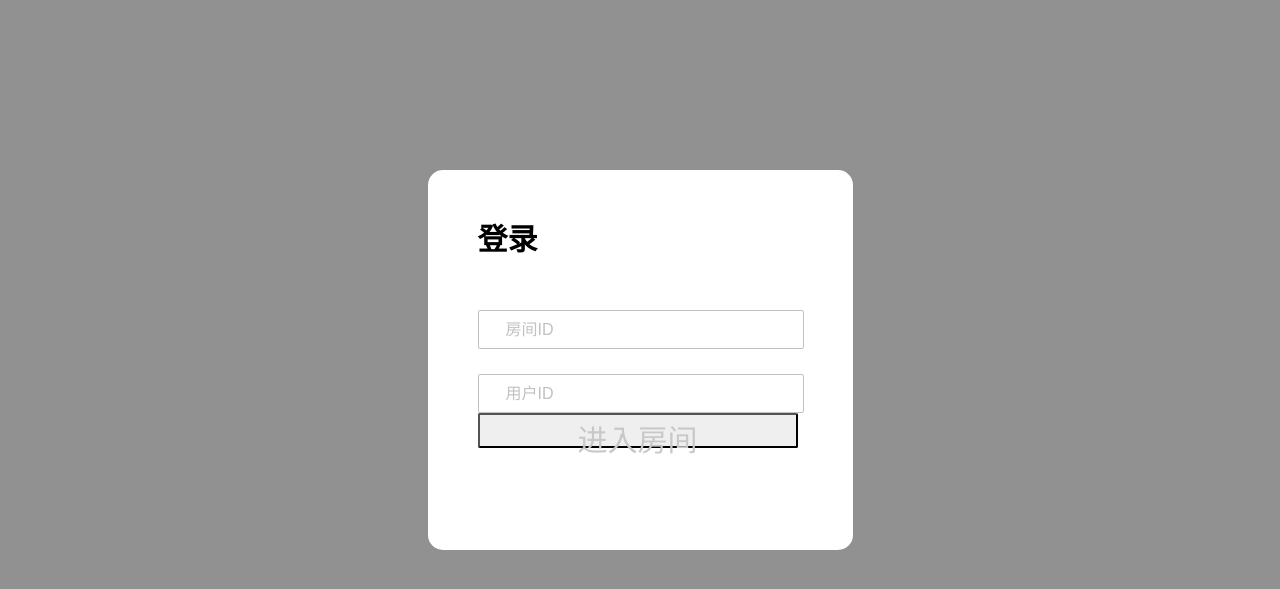
Repository: sjtu-course/homework
Page: GongZening/Week2/Web/LoginPage.html
An editor plug-in stored every save of this project. The page is shown before and after the next save, followed by the edit.
The browser window is 1280 px wide. The pictures show the whole page.

Above is the page before, as saved 2020-11-07 17:18:48.

### GongZening/Week2/Web/LoginPage.html
<!DOCTYPE html>
<html>
    <head>
        <meta charset="utf-8">
        <title>LoginPage</title>
        <style>
            input::-webkit-input-placeholder{
                color:#c1c1c1;
                font-size: 16px;
                padding-left: 25px;
            }
        </style>
        <link rel="stylesheet" type="text/css" href="css/Round_Rect.css" />
        <link rel="stylesheet" type="text/css" href="css/Login.css" />
        <link rel="stylesheet" type="text/css" href="css/Edit_Text.css" />
        <link rel="stylesheet" type="text/css" href="css/Button.css" />
    </head>

    <body style="background-color: #919191;">
        <div id="round_rect">
            <h1 id="login">登录</h1>
            <input type="text" class="edit_text" placeholder="房间ID" style="margin-top: 45px;">
            <input type="text" class="edit_text" placeholder="用户ID" style="margin-top: 25px;">
            <button class="button">进入房间</button>
        </div>
    </body>
</html>

### GongZening/Week2/Web/css/Round_Rect.css
@charset "utf-8";
#round_rect{
	width: 425px;
	height: 380px;
	background-color: white;
	/* 圆角大小 */
	border-radius: 15px;
	/* 位置居中 */
	position: absolute;
	margin: auto;
	top: 0;
	right: 0;
	left: 0;
	bottom: 0;
}

### GongZening/Week2/Web/css/Login.css
@charset "utf-8";
#login{
    font-size: 30px;
    color: black;
    margin-top: 45px;
    margin-left: 50px;
    height: 30px;
}

### GongZening/Week2/Web/css/Edit_Text.css
@charset "utf-8";
.edit_text{
    width: 320px;
    height: 35px;
    margin-left: 50px;
    border-radius: 2px;
    border:1px solid #c1c1c1;
    font-size: 16px;
}

### GongZening/Week2/Web/css/Button.css
@charset "utf-8";
.button{
    width: 320px;
    height: 35px;
    margin-left: 50px;
    border-radius: 2px;
    color: #c8c8c8;
    /* border:1px solid #c1c1c1; */
    font-size: 30px;
}

After the next save:
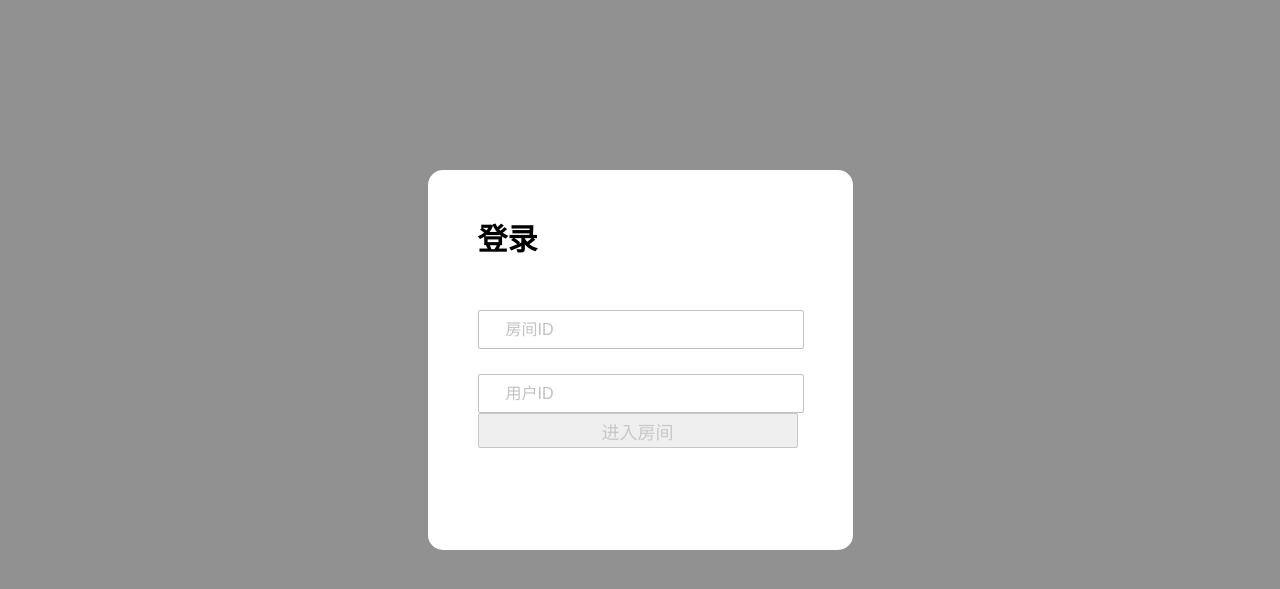
Saved 50 s later.
--- a/GongZening/Week2/Web/css/Button.css
+++ b/GongZening/Week2/Web/css/Button.css
@@ -5,6 +5,6 @@
     margin-left: 50px;
     border-radius: 2px;
     color: #c8c8c8;
-    /* border:1px solid #c1c1c1; */
-    font-size: 30px;
+    border:1px solid #c8c8c8;
+    font-size: 18px;
 }
